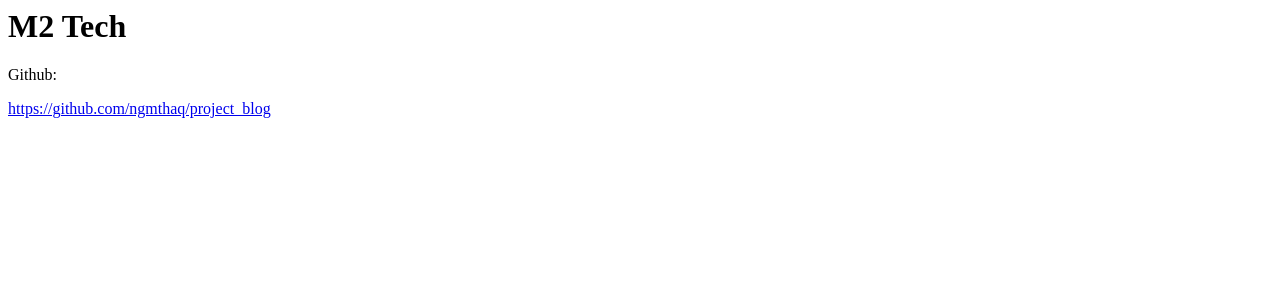
Repository: ngmthaq/project-blog-ptit
Page: index.html
These files come from the project's save history. The page is drawn as it stood at one moment and after a run of saves; the edit follows.
The browser window is 1280 px wide. The pictures show the whole page.

Above is the page before, as saved 2021-09-07 10:35:44.

After the next 4 saves:
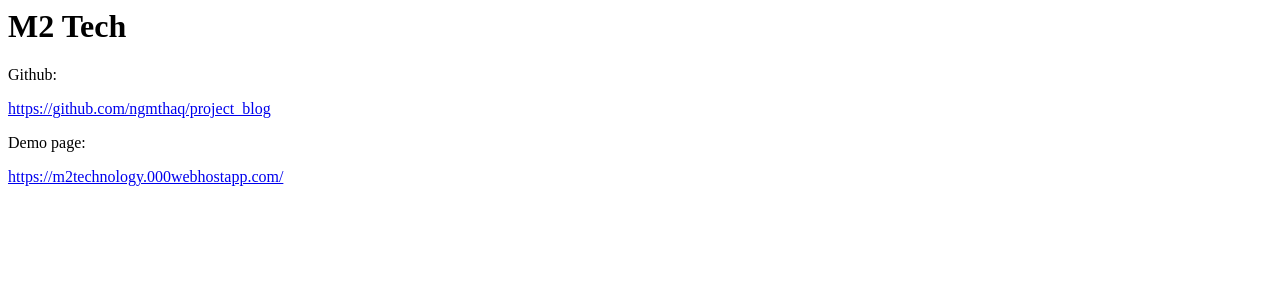
The 4 saves are shown as one change because they came seconds apart.
The last was saved 12 s later.
--- a/index.html
+++ b/index.html
@@ -1,4 +1,5 @@
 <h1>M2 Tech</h1>
 <p>Github:</p>
 <a href="https://github.com/ngmthaq/project_blog">https://github.com/ngmthaq/project_blog</a>
-<p></p>
+<p>Demo page:</p>
+<a href="https://m2technology.000webhostapp.com/">https://m2technology.000webhostapp.com/</a>
